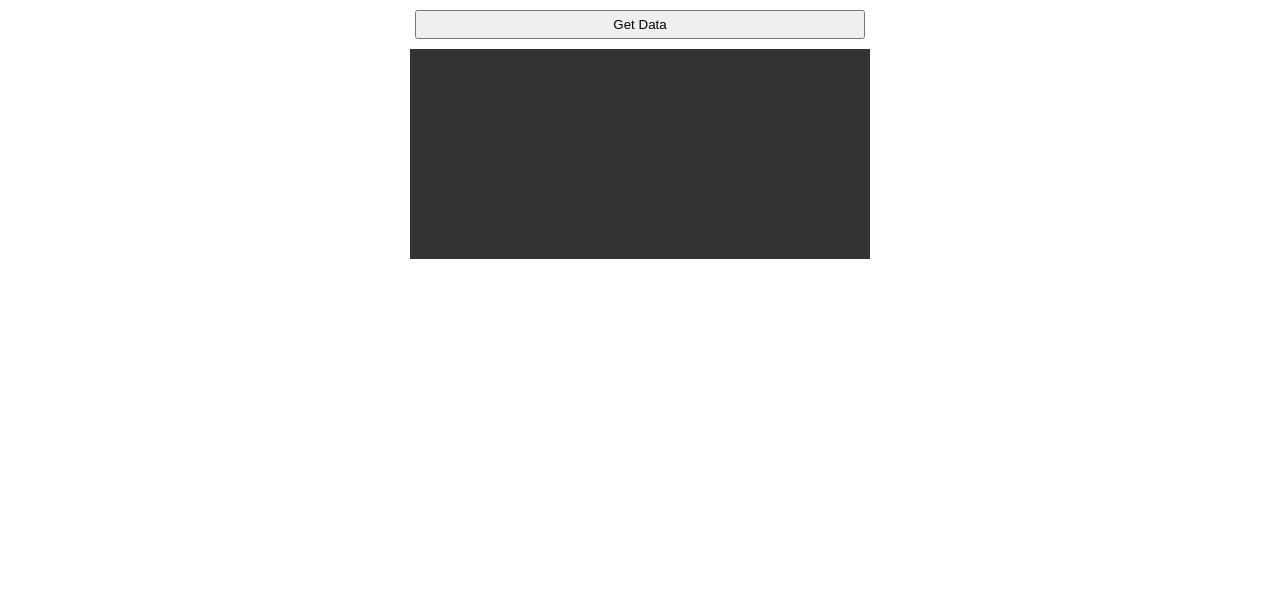
Repository: PankajSutharPersistent/vm-backup
Page: workspaceJavaScript/Demo/step-29-ajax.html
The author's editor kept a copy of each file at every save. The page is drawn from the files as they stood at one save, then again after the next save.
The browser window is 1280 px wide. The pictures show the whole page.

Above is the page before, as saved 2016-12-31 05:51:05.

After the next save:
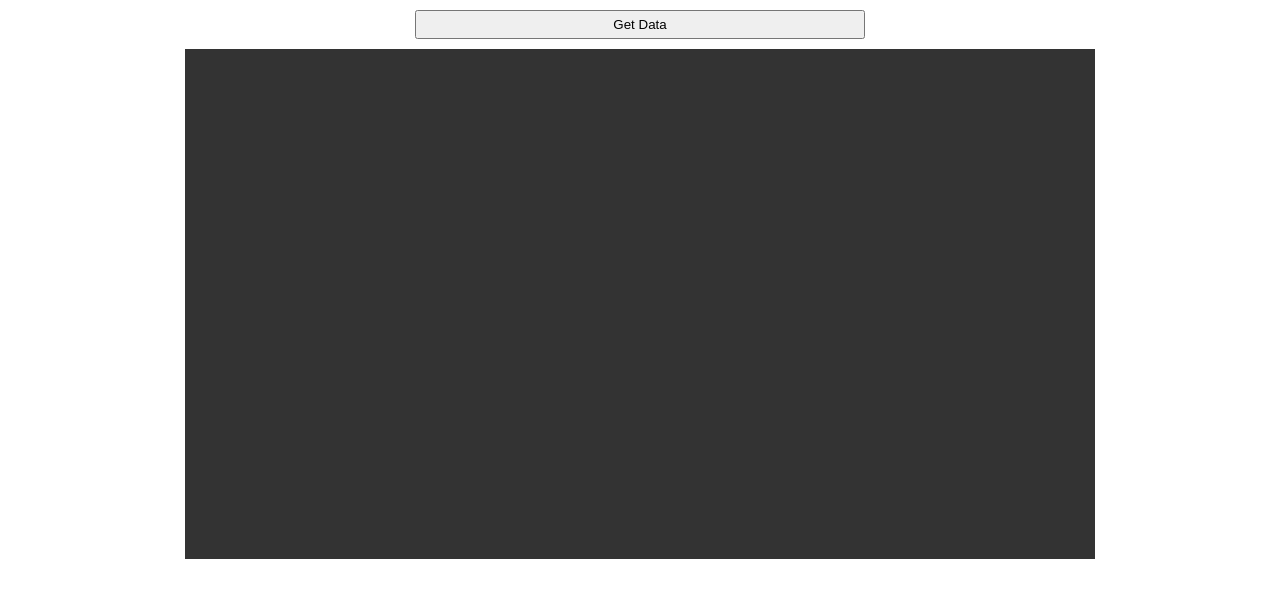
Saved 88 s later.
--- a/workspaceJavaScript/Demo/step-29-ajax.html
+++ b/workspaceJavaScript/Demo/step-29-ajax.html
@@ -5,8 +5,8 @@
 	<title>Ajax</title>
 	<style>
 		.box{
-			width: 450px;
-			height: 200px;
+			width: 900px;
+			height: 500px;
 			background-color: #333333;
 			color: white;
 			font-family: arial;
